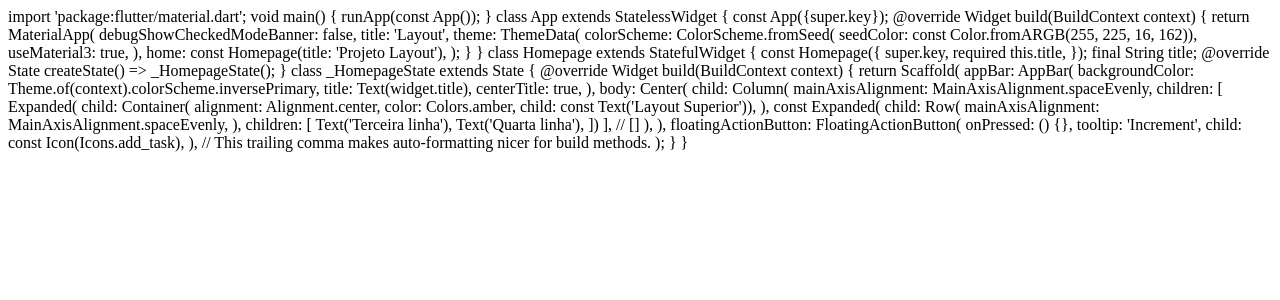
Repository: euKaKau/euKakau.github.io
Page: gg.html
An editor plug-in stored every save of this project. The page is shown before and after the next save, followed by the edit.
The browser window is 1280 px wide. The pictures show the whole page.

Above is the page before, as saved 2024-12-16 17:44:44.

### gg.html



import 'package:flutter/material.dart';

void main() {
  runApp(const App());
}

class App extends StatelessWidget {
  const App({super.key});

  @override
  Widget build(BuildContext context) {
    return MaterialApp(
      debugShowCheckedModeBanner: false,
      title: 'Layout',
      theme: ThemeData(
        colorScheme: ColorScheme.fromSeed(
            seedColor: const Color.fromARGB(255, 225, 16, 162)),
        useMaterial3: true,
      ),
      home: const Homepage(title: 'Projeto Layout'),
    );
  }
}

class Homepage extends StatefulWidget {
  const Homepage({
    super.key,
    required this.title,
  });

  final String title;

  @override
  State<Homepage> createState() => _HomepageState();
}

class _HomepageState extends State<Homepage> {
  @override
  Widget build(BuildContext context) {
    return Scaffold(
      appBar: AppBar(
        backgroundColor: Theme.of(context).colorScheme.inversePrimary,
        title: Text(widget.title),
        centerTitle: true,
      ),

      body: Center(
        child: Column(
          mainAxisAlignment: MainAxisAlignment.spaceEvenly,
          children: [
            Expanded(
              child: Container(
                  alignment: Alignment.center,
                  color: Colors.amber,
                  child: const Text('Layout Superior')),
            ),
            const Expanded(
                child: Row(
                  mainAxisAlignment: MainAxisAlignment.spaceEvenly,
                ),
                children: [
                  Text('Terceira linha'),
                  Text('Quarta linha'),
                ])
          ], // <Widget>[]
        ),
      ),
      floatingActionButton: FloatingActionButton(
        onPressed: () {},
        tooltip: 'Increment',
        child: const Icon(Icons.add_task),
      ), // This trailing comma makes auto-formatting nicer for build methods.
    );
  }
}

After the next save:
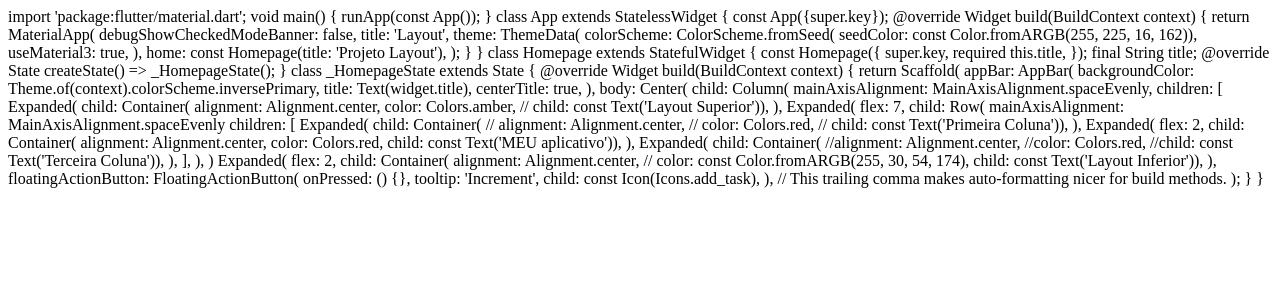
Saved 3 h 53 min later.
--- a/gg.html
+++ b/gg.html
@@ -1,4 +1,3 @@
-
 
 
 import 'package:flutter/material.dart';
@@ -45,7 +44,7 @@ class _HomepageState extends State<Homepage> {
         backgroundColor: Theme.of(context).colorScheme.inversePrimary,
         title: Text(widget.title),
         centerTitle: true,
-      ),
+    ),
 
       body: Center(
         child: Column(
@@ -55,19 +54,45 @@ class _HomepageState extends State<Homepage> {
               child: Container(
                   alignment: Alignment.center,
                   color: Colors.amber,
-                  child: const Text('Layout Superior')),
+                  // child: const Text('Layout Superior')),
             ),
-            const Expanded(
+             Expanded(
+              flex: 7,
                 child: Row(
-                  mainAxisAlignment: MainAxisAlignment.spaceEvenly,
+                  mainAxisAlignment: MainAxisAlignment.spaceEvenly
+                     children: [
+                      Expanded(
+              child: Container(
+                  // alignment: Alignment.center,
+                  // color: Colors.red,
+                  // child: const Text('Primeira Coluna')),
+            ),
+
+                 Expanded(
+                  flex: 2,
+              child: Container(
+                  alignment: Alignment.center,
+                  color: Colors.red,
+                  child: const Text('MEU aplicativo')),
+            ),
+                Expanded(
+              child: Container(
+                  //alignment: Alignment.center,
+                  //color: Colors.red,
+                  //child: const Text('Terceira Coluna')),
+            ),
+
+                  ],
                 ),
-                children: [
-                  Text('Terceira linha'),
-                  Text('Quarta linha'),
-                ])
-          ], // <Widget>[]
-        ),
-      ),
+                )
+                   Expanded(
+                    flex: 2,
+              child: Container(
+
+                  alignment: Alignment.center,
+                  // color: const Color.fromARGB(255, 30, 54, 174),
+                  child: const Text('Layout Inferior')),
+            ),
       floatingActionButton: FloatingActionButton(
         onPressed: () {},
         tooltip: 'Increment',
